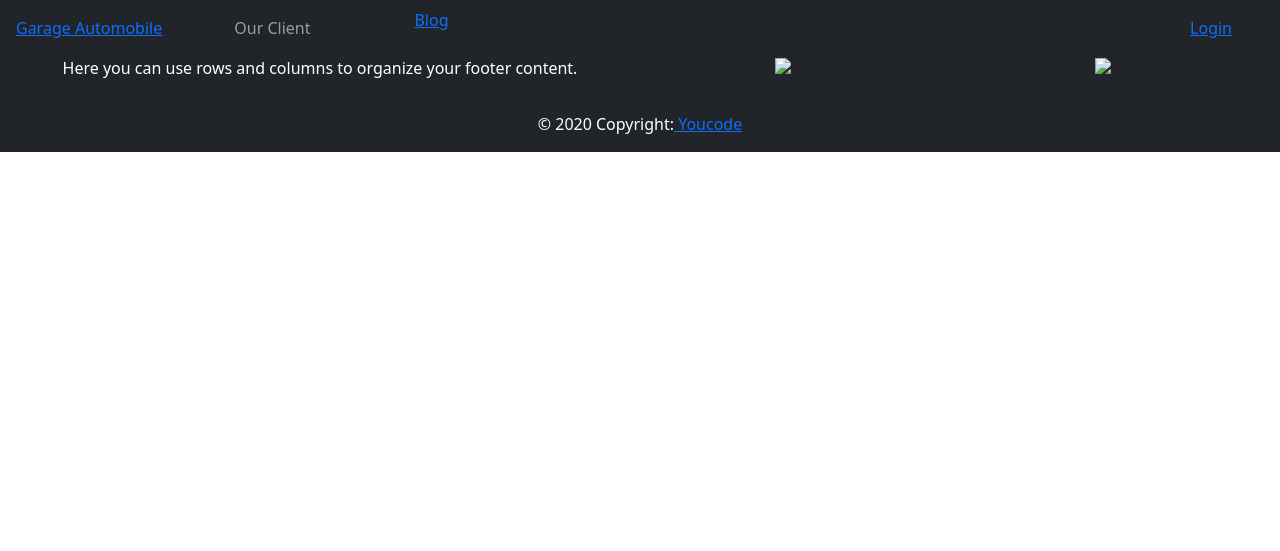
Repository: abdelhak-f/Fil-Rouge
Page: /register (app in client/)
An editor plug-in stored every save of this project. The page is shown before and after the next save, followed by the edit.
The browser window is 1280 px wide. The pictures show the whole page.
The project was rebuilt for these pictures with package versions that can differ from the ones it lists, and the page was loaded fresh each time. Also part of the build but not shown: client/src/components/Text.jsx, client/src/components/forms/FirstFrontForm.jsx, client/src/components/Body.jsx, client/src/components/css/style.css, client/src/components/Blog.jsx, client/src/components/forms/FormGarage.jsx, client/src/components/loged/login/Login.jsx.

Above is the page before, as saved 2021-09-10 17:32:47.

After the next save:
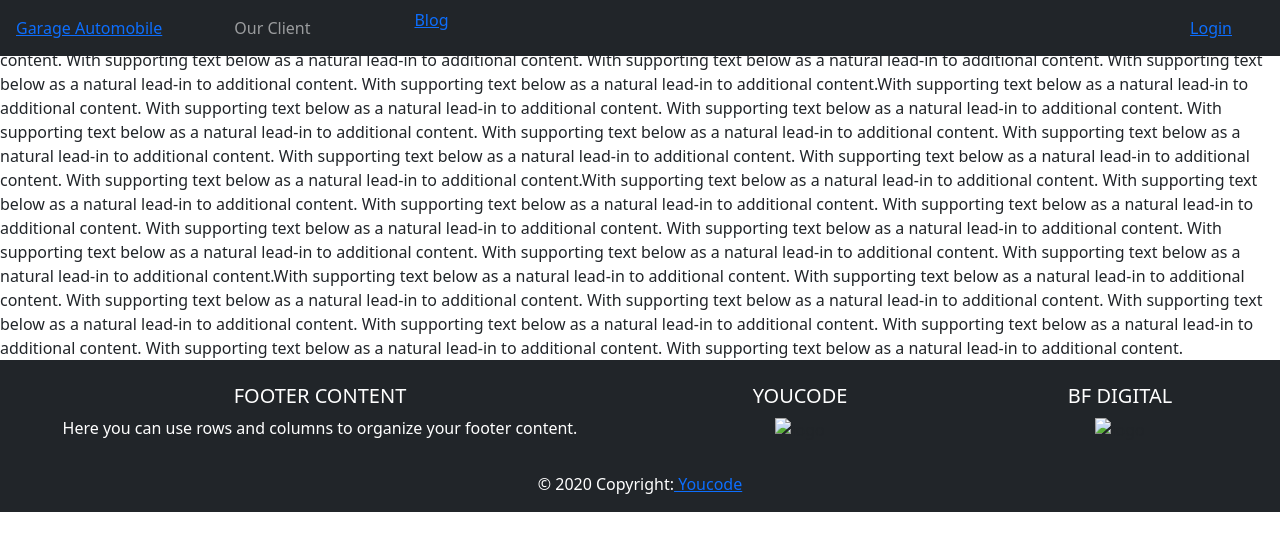
Saved 3 min 33 s later.
--- a/client/src/components/loged/register/Register.jsx
+++ b/client/src/components/loged/register/Register.jsx
@@ -3,7 +3,39 @@ import React from 'react'
 function Register() {
     return (
         <div>
-
+            With supporting text below as a natural lead-in to additional content.
+                 With supporting text below as a natural lead-in to additional content.
+                 With supporting text below as a natural lead-in to additional content.
+                 With supporting text below as a natural lead-in to additional content.
+                 With supporting text below as a natural lead-in to additional content.
+                 With supporting text below as a natural lead-in to additional content.
+                 With supporting text below as a natural lead-in to additional content.
+                 With supporting text below as a natural lead-in to additional content.
+                 With supporting text below as a natural lead-in to additional content.With supporting text below as a natural lead-in to additional content.
+                 With supporting text below as a natural lead-in to additional content.
+                 With supporting text below as a natural lead-in to additional content.
+                 With supporting text below as a natural lead-in to additional content.
+                 With supporting text below as a natural lead-in to additional content.
+                 With supporting text below as a natural lead-in to additional content.
+                 With supporting text below as a natural lead-in to additional content.
+                 With supporting text below as a natural lead-in to additional content.
+                 With supporting text below as a natural lead-in to additional content.With supporting text below as a natural lead-in to additional content.
+                 With supporting text below as a natural lead-in to additional content.
+                 With supporting text below as a natural lead-in to additional content.
+                 With supporting text below as a natural lead-in to additional content.
+                 With supporting text below as a natural lead-in to additional content.
+                 With supporting text below as a natural lead-in to additional content.
+                 With supporting text below as a natural lead-in to additional content.
+                 With supporting text below as a natural lead-in to additional content.
+                 With supporting text below as a natural lead-in to additional content.With supporting text below as a natural lead-in to additional content.
+                 With supporting text below as a natural lead-in to additional content.
+                 With supporting text below as a natural lead-in to additional content.
+                 With supporting text below as a natural lead-in to additional content.
+                 With supporting text below as a natural lead-in to additional content.
+                 With supporting text below as a natural lead-in to additional content.
+                 With supporting text below as a natural lead-in to additional content.
+                 With supporting text below as a natural lead-in to additional content.
+                 With supporting text below as a natural lead-in to additional content.
         </div>
     )
 }
